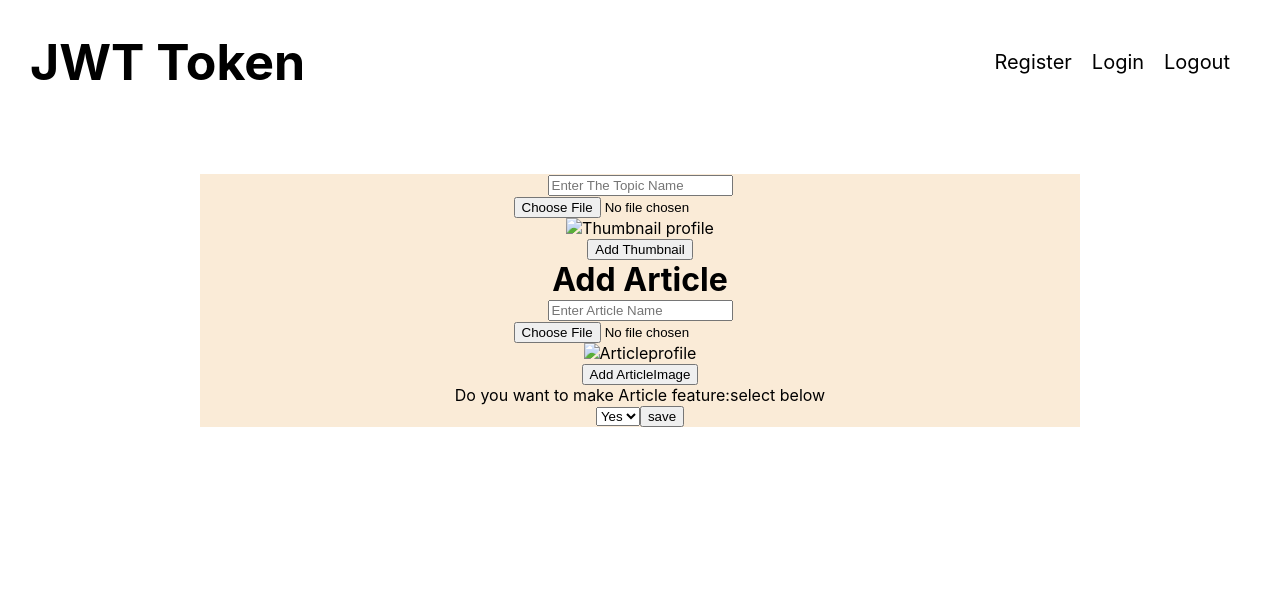
Repository: Prafullkuma/jwttoken
Page: /admin
The author's editor kept a copy of each file at every save. The page is drawn from the files as they stood at one save, then again after the next save.
The browser window is 1280 px wide. The pictures show the whole page.
The project was rebuilt for these pictures with package versions that can differ from the ones it lists, and the page was loaded fresh each time. Also part of the build but not shown: src/App.css, src/component/Auth/Signup.js, src/component/Auth/Signin.js, src/component/User/User.js, src/component/Home/Home.js, src/component/Auth/Logout.js.

Above is the page before, as saved 2020-08-22 22:04:59.

### src/App.js
import React from 'react';
import { BrowserRouter, Route } from 'react-router-dom'
import './App.css';
import Navbar from './component/Navbar'
import Signup from './component/Auth/Signup';
import Signin from './component/Auth/Signin';
import User from './component/User/User';
import Dashboard from './component/Admin/Dashboard';
import Home from './component/Home/Home';
import Logout from './component/Auth/Logout'
function App() {
  return (
    <div className="App">
      <BrowserRouter>
        <Navbar />
        <Route path="/signup" component={Signup} />
        <Route path="/signin" component={Signin} />
        <Route path="logout" component={Logout} />
        <Route path="/user" component={User} />
        <Route path="/admin" component={Dashboard} />
        <Route exact path="/" component={Home} />
      </BrowserRouter>
    </div>
  );
}

export default App;

### src/component/Navbar.js
import React from 'react'
import { Link } from 'react-router-dom'
import './Navbar.css'
function Navbar() {
    return (
        <div>
            <section className="Nav">
                <h1> <Link to="/">JWT Token</Link></h1>
                <nav className="navbar-items">
                    <ul>
                        <li><Link to="/signup">Register</Link></li>
                        <li><Link to="/signin">Login</Link></li>
                        <li><Link to="/">Logout</Link></li>
                    </ul>

                </nav>
            </section>
        </div>
    )
}

export default Navbar

### src/component/Admin/Dashboard.js
import React, { useState } from 'react'
import './Dashboard.css'
function Dashboard() {
    const [topic, setTopic] = useState('')
    const [thumbnail, setThumbnail] = useState()
    const [title, setTitle] = useState('')
    const [articleImage, setArticleImage] = useState('')
    const [feature, setFeature] = useState('')
    const [flag, setFlag] = useState(false)
    const addThumbnail = (e) => {
        console.log(e.target.file)
    }
    const addArticleImage = () => {

    }
    const saveAllData = () => {

    }
    return (
        <div className="Dashboard">
            <div className="Topic_name">
                <input type="text"
                    value={topic}
                    onChange={e => setTopic(e.target.value)}
                    placeholder="Enter The Topic Name" />
                <br />
                <input type="file"
                    value={thumbnail}
                    onChange={e => setThumbnail(e.target.value)} /><br />
                <img src="" alt="Thumbnail profile" /><br />
                <button onClick={addThumbnail}> Add Thumbnail</button>

            </div>
            <div className="ArticleName">
                <h1> Add Article</h1>
                <input type="text"
                    value={title}
                    placeholder="Enter Article Name"
                    onChange={e => setTitle(e.target.value)} />
                <br />
                <input type="file"
                    value={articleImage}
                    onChange={e => setArticleImage(e.target.value)} /><br />
                <img src="" alt="Articleprofile" /><br />
                <button onClick={addArticleImage}> Add ArticleImage</button><br />
                <span>Do you want to make Article feature:select below</span><br />
                <select value={feature} onChange={e => setFeature(e.target.value)}>
                    <option selected value={true}>Yes</option>
                    <option value={false}>No</option>
                </select>

                <button type="submit" onClick={saveAllData}> save</button>
            </div>

        </div>
    )
}

export default Dashboard

### src/component/Navbar.css
.Nav{
display: flex;
align-items: center;
justify-content: space-between;
padding: 30px;
}
ul,li{
    list-style: none;
    float: left;
    margin: 10px;
    font-size: 20px;
}
.Nav h1{
    font-size: 50px;
}
.Nav a{
    text-decoration: none;
    color:black
}
.navbar-items{
    display: flex;
}

### src/component/Admin/Dashboard.css
.Dashboard{
    margin-top: 50px;
    display: flex;
    flex-direction: column;
    margin: 50px 200px;
    background-color: antiquewhite;
    text-align: center;
}
.Dashboard input{

}

Loaded but not shown: src/index.js (common file); src/index.css (common file)

After the next save:
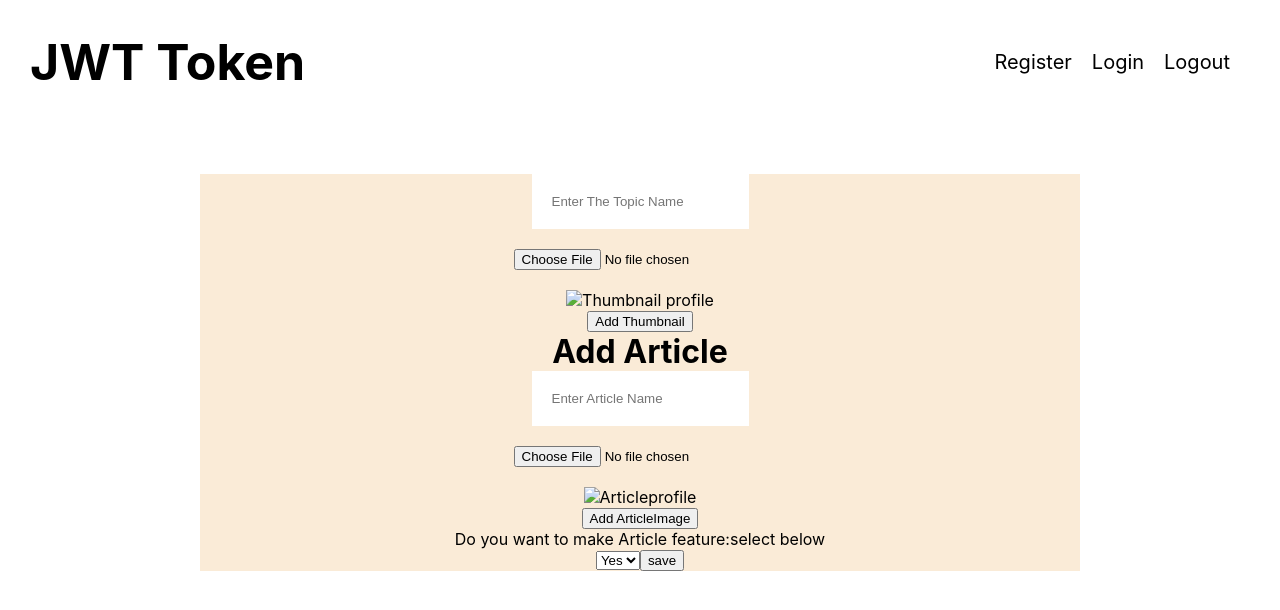
Saved 18 s later.
--- a/src/component/Admin/Dashboard.css
+++ b/src/component/Admin/Dashboard.css
@@ -7,5 +7,6 @@
     text-align: center;
 }
 .Dashboard input{
-
+    border: none;
+    padding: 20px;
 }
